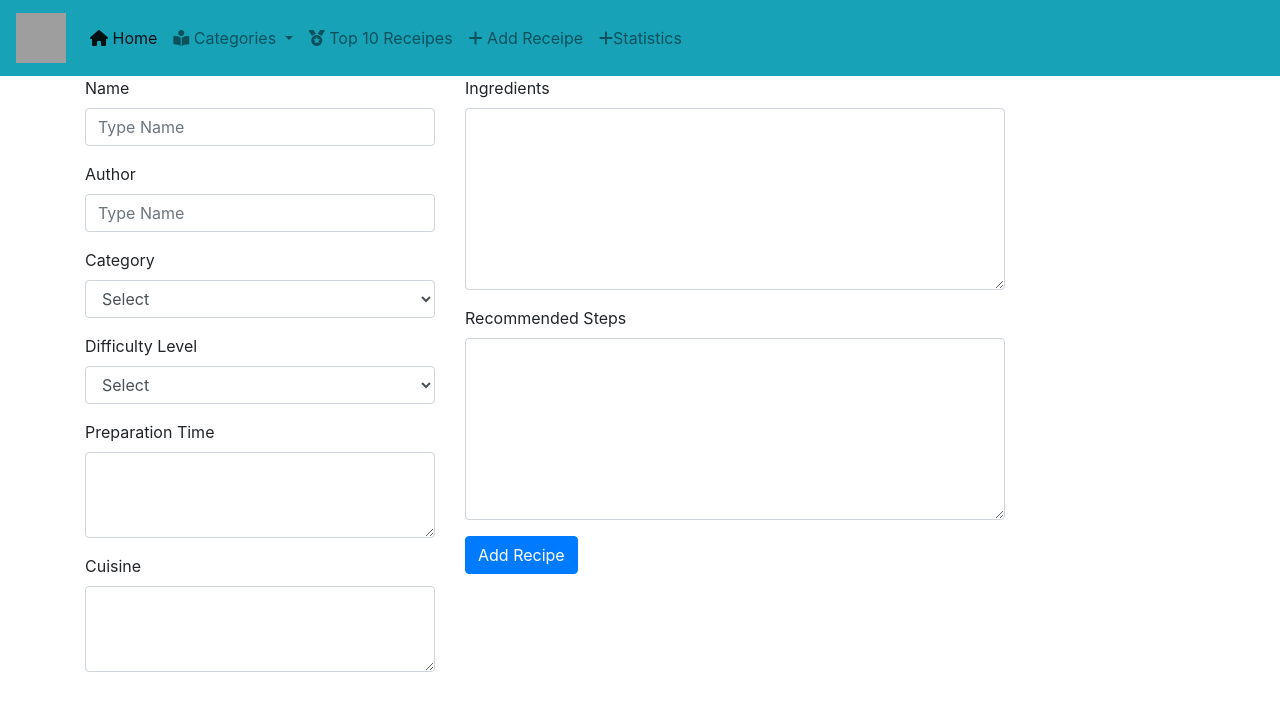
Repository: toderas/Flask-Cook-Book
Page: templates/addrecipe.html
The author's editor kept a record of every edit. The page is drawn from the files as they stood at one moment, then again after the next edit.
The browser window is 1280 px wide. The pictures show the whole page.
Pictures or frames that could not be fetched are drawn as grey boxes. Some web libraries are served in a nearby version. The page is served by the project's application, run on Flask 3 (cookbook.py). The template is opened directly, without the code that normally fills it, so the values that code supplies are empty.

Above is the page before.

### templates/addrecipe.html
{% extends 'home.html'%} {% block content %}
<div class="container">
  <form action="{{url_for('insert_recipe')}}" method="POST">
    <div class="row">
      <div class="col-12 col-md-4">
        <div class="form-group">
          <label for="Name">Name</label>
          <input type="text"  class="form-control" id="dish_name" name="dish_name" placeholder="Type Name" required>
        </div>
        <div class="form-group">
          <label for="Author">Author</label>
          <input type="text" class="form-control" id="dish_author" name="dish_author" placeholder="Type Name" required>
        </div>
        <div class="form-group">
          <label for="Category">Category</label>
          <select class="form-control" id="categories" name="category_name" required>
            <option value="" selected disabled>Select</option>
            {% for course in categories %}
              <option  value="{{course.category_name}}">{{course.category_name}}</option>
            {% endfor %}
          </select>
        </div>
        <div class="form-group">
          <label for="Difficulty Level">Difficulty Level</label>
          <select class="form-control" id="dish_required_skill" name="dish_required_skill" required>
      <option value="" selected disabled>Select</option>
      {% for required in skills %}
                      <option  value="{{required.skill_name}}">{{required.skill_name}}</option>
                  {% endfor %}
  </select>
        </div>
        <div class="form-group">
          <label for="Preparation time">Preparation Time</label>
          <textarea class="form-control" name="dish_prep_time" id="dish_prep_time" rows="3" required></textarea>
        </div>
        <div class="form-group">
          <label for="Cuisine">Cuisine</label>
          <textarea name="dish_origin_cuisine" class="form-control" id="dish_origin_cuisine" rows="3"></textarea>
        </div>
      </div>
      <div class="col-md-6">
        <div class="form-group">
          <label for="Ingredients">Ingredients</label>
          <textarea class="form-control" name="dish_ingredients" id="dish_ingredients" rows="7"></textarea>
        </div>
        <div class="form-group">
          <label for="Recommended Steps">Recommended Steps</label>
          <textarea class="form-control" name="dish_preparation_steps" id="dish_preparation_steps" rows="7"></textarea>
        </div>
       <button class="btn btn-primary" type="submit">Add Recipe</button>
      </div>
    </div>
  </form>
</div>
{% endblock %}

### templates/home.html
<!DOCTYPE html>
<html lang="en">

<head>
  <meta charset="UTF-8">
  <meta name="viewport" content="width=device-width, initial-scale=1.0">
  <meta http-equiv="X-UA-Compatible" content="ie=edge">
  <!--CSS-->
  <link rel="stylesheet" href="{{url_for('static', filename='css/style.css')}}" type="text/css" />
  <!--Bootstrap-->
  <link rel="stylesheet" href="https://stackpath.bootstrapcdn.com/bootstrap/4.1.3/css/bootstrap.min.css" integrity="sha384-MCw98/SFnGE8fJT3GXwEOngsV7Zt27NXFoaoApmYm81iuXoPkFOJwJ8ERdknLPMO" crossorigin="anonymous">

  <title>Document</title>
</head>

<body>
  <nav class="navbar navbar-expand-lg navbar-light bg-info">
    <a class="navbar-brand" href="{{url_for('recipes')}}"><img class="logo-image" alt="chef logo" src="https://encrypted-tbn0.gstatic.com/images?q=tbn:ANd9GcRTUhnKjobAOjmlVUzxfUoGj2VBu2mOXKPmnmZjkuTfKeNhWaxOfg"></img></a>
    <button class="navbar-toggler" type="button" data-toggle="collapse" data-target="#navbarNavDropdown" aria-controls="navbarNavDropdown" aria-expanded="false" aria-label="Toggle navigation">
    <span class="navbar-toggler-icon"></span>
  </button>
    <div class="collapse navbar-collapse" id="navbarNavDropdown">
      <ul class="navbar-nav">
        <li class="nav-item active">
          <a class="nav-link" href="{{url_for('recipes')}}"> <i class="fas fa-home"></i> Home <span class="sr-only">(current)</span></a>
        </li>
        <li class="nav-item dropdown">
          <a class="nav-link dropdown-toggle" href="#" id="navbarDropdownMenuLink" role="button" data-toggle="dropdown" aria-haspopup="true" aria-expanded="false">
           <i class="fas fa-book-reader"></i> Categories
        </a>
          <div class="dropdown-menu" aria-labelledby="navbarDropdownMenuLink">
            <a class="dropdown-item" href="{{url_for('aperitif')}}">Aperitifs</a>
            <a class="dropdown-item" href="{{url_for('starter')}}">Starters</a>
            <a class="dropdown-item" href="{{url_for('intermediate')}}">Intermediate</a>
            <a class="dropdown-item" href="{{url_for('main')}}">Mains</a>
            <a class="dropdown-item" href="{{url_for('dessert')}}">Desserts</a>
          </div>
        </li>
        <li class="nav-item">
          <a class="nav-link" href="{{url_for('top_ten')}}"> <i class="fas fa-medal"></i> Top 10 Receipes</a>
        </li>
        <li class="nav-item">
          <a class="nav-link" href="{{url_for('addrecipe')}}"><i class="fas fa-plus"></i> Add Receipe</a>
        </li>
        <li class="nav-item">
          <a class="nav-link" href="{{url_for('show_chart')}}"><i class="fas fa-plus"></i>Statistics</a>
        </li>
      </ul>
    </div>
  </nav>
  {% block content %} {% endblock %}

</body>
<!--Font Awesome-->
<script src="https://kit.fontawesome.com/9e425c7d13.js"></script>
<!--Bootstrap js-->
<script src="https://code.jquery.com/jquery-3.3.1.slim.min.js" integrity="sha384-q8i/X+965DzO0rT7abK41JStQIAqVgRVzpbzo5smXKp4YfRvH+8abtTE1Pi6jizo" crossorigin="anonymous"></script>
<script src="https://cdnjs.cloudflare.com/ajax/libs/popper.js/1.14.3/umd/popper.min.js" integrity="sha384-ZMP7rVo3mIykV+2+9J3UJ46jBk0WLaUAdn689aCwoqbBJiSnjAK/l8WvCWPIPm49" crossorigin="anonymous"></script>
<script src="https://stackpath.bootstrapcdn.com/bootstrap/4.1.3/js/bootstrap.min.js" integrity="sha384-ChfqqxuZUCnJSK3+MXmPNIyE6ZbWh2IMqE241rYiqJxyMiZ6OW/JmZQ5stwEULTy" crossorigin="anonymous"></script>

</html>

### cookbook.py
import os
from flask import Flask, render_template, redirect, request, url_for, request
from flask_pymongo import PyMongo
from bson.objectid import ObjectId

app=Flask(__name__)

app.config["MONGO_DBNAME"] = 'cook-book'
app.config["MONGO_URI"] = 'mongodb+srv://tode:1Martie1998@myfirstcluster-dxyoc.mongodb.net/cook-book?retryWrites=true&w=majority'

mongo = PyMongo(app)



@app.route("/")
def hello():
    return "Hello World!"



if __name__ == '__main__':
    app.run(host=os.environ.get('IP'),
            port=int(os.environ.get('PORT')),
            debug=True)

#if __name__ == '__main__':
  #  app.run(host='0.0.0.0', port=8080, debug=True)

### static/css/style.css
.logo-image {
    width: 50px;
    height: 50px;
}
.list-inline-item:not(:last-child) {
    margin: 0 !important;
}

After the next edit:
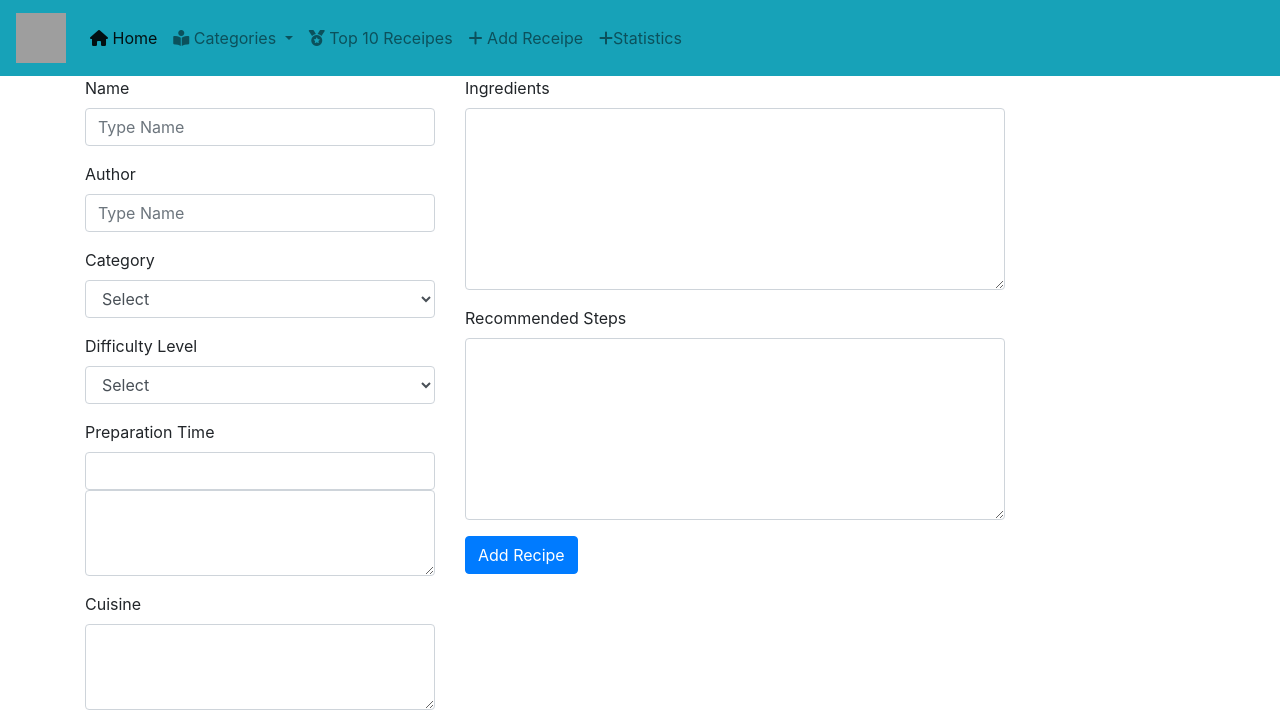
The edit:
--- a/templates/addrecipe.html
+++ b/templates/addrecipe.html
@@ -31,6 +31,8 @@
         </div>
         <div class="form-group">
           <label for="Preparation time">Preparation Time</label>
+           <input class="form-control" name="dish_prep_time" id="dish_prep_time" required type="number" maxlength="2" min="0" max="99"/>
+
           <textarea class="form-control" name="dish_prep_time" id="dish_prep_time" rows="3" required></textarea>
         </div>
         <div class="form-group">
